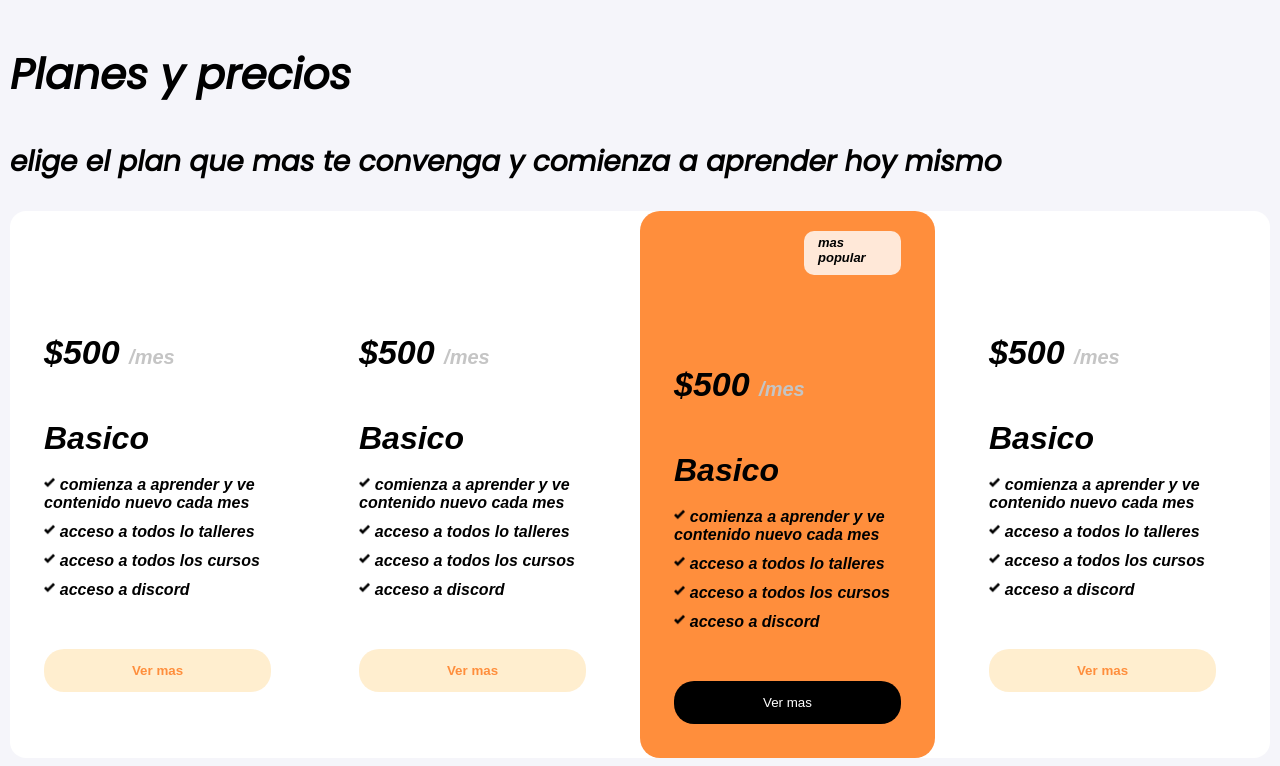
Repository: darkmantiz2/Tarjetas-planes
Page: index.html
The author's editor kept a copy of each file at every save. The page is drawn from the files as they stood at one save, then again after the next save.
The browser window is 1280 px wide. The pictures show the whole page.

Above is the page before, as saved 2022-01-11 11:28:26.

### index.html
<!DOCTYPE html>
<html lang="en">

<head>
  <meta charset="UTF-8">
  <meta http-equiv="X-UA-Compatible" content="IE=edge">
  <meta name="viewport" content="width=device-width, initial-scale=1.0">
  <link rel="preconnect" href="https://fonts.googleapis.com">
  <link rel="preconnect" href="https://fonts.gstatic.com" crossorigin>
  <link href="https://fonts.googleapis.com/css2?family=Poppins:ital,wght@0,600;0,700;1,400&display=swap"
    rel="stylesheet">
  <link rel="stylesheet" href="./css/index.css">
  <title>Cards Precios</title>
</head>

<body>
  <section class="cards">
    <div class="container">
      <h1 class="contaier-title">
        Planes y precios
      </h1>
      <p class="container-text1">
        elige el plan que mas te convenga y comienza a aprender hoy mismo
      </p>
      <section class="container-card">
        <div class="card">

          <p class="card-price"> $500 <span class="card-month"> /mes</span></p>
          <p class="card-plan">Basico</p>
          <p class="card-description"> <img class="card-icon" src="icons/png-transparent-computer-icons-check-mark-checkbox-palomita-angle-logo-check-mark.png" alt=""> comienza a aprender y ve contenido nuevo cada mes</p>
          <p class="card-item1"><img class="card-icon" src="icons/png-transparent-computer-icons-check-mark-checkbox-palomita-angle-logo-check-mark.png" alt="">  acceso a todos lo talleres</p>
          <p class="card-item2"><img class="card-icon" src="icons/png-transparent-computer-icons-check-mark-checkbox-palomita-angle-logo-check-mark.png" alt=""> acceso a todos los cursos</p>
          <p class="card-item3"><img class="card-icon" src="icons/png-transparent-computer-icons-check-mark-checkbox-palomita-angle-logo-check-mark.png" alt=""> acceso a discord</p>

          <button class="card-button"> Ver mas </button>
        </div>
        <div class="card">
          <p class="card-price"> $500 <span class="card-month"> /mes</span></p>
          <p class="card-plan">Basico</p>
          <p class="card-description"> <img class="card-icon" src="icons/png-transparent-computer-icons-check-mark-checkbox-palomita-angle-logo-check-mark.png" alt=""> comienza a aprender y ve contenido nuevo cada mes</p>
          <p class="card-item1"><img class="card-icon" src="icons/png-transparent-computer-icons-check-mark-checkbox-palomita-angle-logo-check-mark.png" alt="">  acceso a todos lo talleres</p>
          <p class="card-item2"><img class="card-icon" src="icons/png-transparent-computer-icons-check-mark-checkbox-palomita-angle-logo-check-mark.png" alt=""> acceso a todos los cursos</p>
          <p class="card-item3"><img class="card-icon" src="icons/png-transparent-computer-icons-check-mark-checkbox-palomita-angle-logo-check-mark.png" alt=""> acceso a discord</p>

          <button class="card-button"> Ver mas </button>
        </div>
        <div class="card card-orange">
          <label class="card-label">mas popular</label>
          <p class="card-price"> $500 <span class="card-month"> /mes</span></p>
          <p class="card-plan">Basico</p>
          <p class="card-description"> <img class="card-icon" src="icons/png-transparent-computer-icons-check-mark-checkbox-palomita-angle-logo-check-mark.png" alt=""> comienza a aprender y ve contenido nuevo cada mes</p>
          <p class="card-item1"><img class="card-icon" src="icons/png-transparent-computer-icons-check-mark-checkbox-palomita-angle-logo-check-mark.png" alt="">  acceso a todos lo talleres</p>
          <p class="card-item2"><img class="card-icon" src="icons/png-transparent-computer-icons-check-mark-checkbox-palomita-angle-logo-check-mark.png" alt=""> acceso a todos los cursos</p>
          <p class="card-item3"><img class="card-icon" src="icons/png-transparent-computer-icons-check-mark-checkbox-palomita-angle-logo-check-mark.png" alt=""> acceso a discord</p>

          <button class="card-button-orange"> Ver mas </button>
        </div>
        <div class="card">

          <p class="card-price"> $500 <span class="card-month"> /mes</span></p>
          <p class="card-plan">Basico</p>
          <p class="card-description"> <img class="card-icon" src="icons/png-transparent-computer-icons-check-mark-checkbox-palomita-angle-logo-check-mark.png" alt=""> comienza a aprender y ve contenido nuevo cada mes</p>
          <p class="card-item1"><img class="card-icon" src="icons/png-transparent-computer-icons-check-mark-checkbox-palomita-angle-logo-check-mark.png" alt="">  acceso a todos lo talleres</p>
          <p class="card-item2"><img class="card-icon" src="icons/png-transparent-computer-icons-check-mark-checkbox-palomita-angle-logo-check-mark.png" alt=""> acceso a todos los cursos</p>
          <p class="card-item3"><img class="card-icon" src="icons/png-transparent-computer-icons-check-mark-checkbox-palomita-angle-logo-check-mark.png" alt=""> acceso a discord</p>


          <button class="card-button"> Ver mas </button>
        </div>
      </section>




    </div>
  </section>
</body>

</html>

### css/index.css
:root {
  --black: #373737;
  --primary: #ff8e3c;
  --white: #ffffff;
  --grey: #848199;
  --red: #fa513a;
  --grey-2: #a3a3a3;
  --bg: #f5f5fa;
  --headline2: 600 1.75rem/normal Poppins;
  --headline3: 600 1.25rem/1.375rem Poppins;
  --button: 400 0.875rem/1rem Poppins;
  --headline1: 600 3.5rem/normal Poppins;
  --body1-regular: 400 1rem/1.5rem Poppins;
  --body1-bold: 700 1rem/1.5rem Poppins;
  --body2-bold: 700 0.875rem/1.5rem Poppins;
  --body2-regular: 400 0.875rem/1.5rem Poppins;
  --caption-regular: 400 0.75rem/1rem Poppins;
  --caption-bold: 600 0.75rem/1rem Poppins;

}

/*BODDY*/

body {
  color: var(--white);
  background-color: var(--primary);
  font: var(--headline2);
  background: var(--bg);
  font-style: italic;
  font-weight: bold;
}

.container {
  color: black;
}



.container-card {
  display: flex;
  justify-content: center;
  align-items: center;
  max-width: 1260px;
  width: 100%;
  background-color: white;
  border-radius: 16px;
  font-family: arial;
  font-weight: bold;
}

.card-month {
  font-size: 20px;
  color: #c5c5c5;
}

.cards {
  display: flex;
  justify-content: center;
  align-items: center;
}

.card-orange {
  background-color: var(--primary);
  font-size: medium;
}


.card {
  align-items: flex-start;
  display: flex;
  justify-content: center;
  flex-direction: column;
  width: 334px;
  padding:0 34px 34px;
  border-radius: 20px;
  margin-right: 20px;
  font-size: medium;
  box-sizing: border-box;
}

.card-price {
  margin: 0;
  padding-bottom: 20px;
  padding-top: 90px;
  font-size: 34px;
}


.card-plan {
  margin: 0;
  padding-bottom: 18px;
  padding-top: 28px;
  font-size: xx-large;
  font-weight: bold;
}

.card-icon{
  width: 5%;
}

.card-description {
  margin: 0;
  padding-bottom: 10px;
}

.card-item1 {
  margin: 0;
  padding-bottom: 10px;
}

.card-item2 {
  margin: 0;
  padding-bottom: 10px;
}

.card-item3 {
  margin: 0;
  padding-bottom: 50px;
}

.card-button {
 width: 100%;
  padding: 14px 37px 14px 37px;
  background-color: #ffa50030;
  border-radius: 20px;
  border: none;
  color: var(--primary);
  font-weight: bolder;

}

.card-button-orange {
  width: 100%;
  padding: 14px 37px 14px 37px;
  background-color: black;
  border-radius: 20px;
  color: var(--white);
  border: none;
}

.card-label{
  background-color: rgba(255, 255, 255, 0.801);
  margin-top: 20px;
  margin-left: 130px;
  padding: 4px 14px 10px;
  border-radius: 10px;
  font-size: small;
}


.container {
  color: black;
}



.container-card {
  display: flex;
  justify-content: center;
  align-items: center;
  max-width: 1260px;
  width: 100%;
}

.card-month {
  font-size: 20px;
  color: #c5c5c5;
}

After the next save:
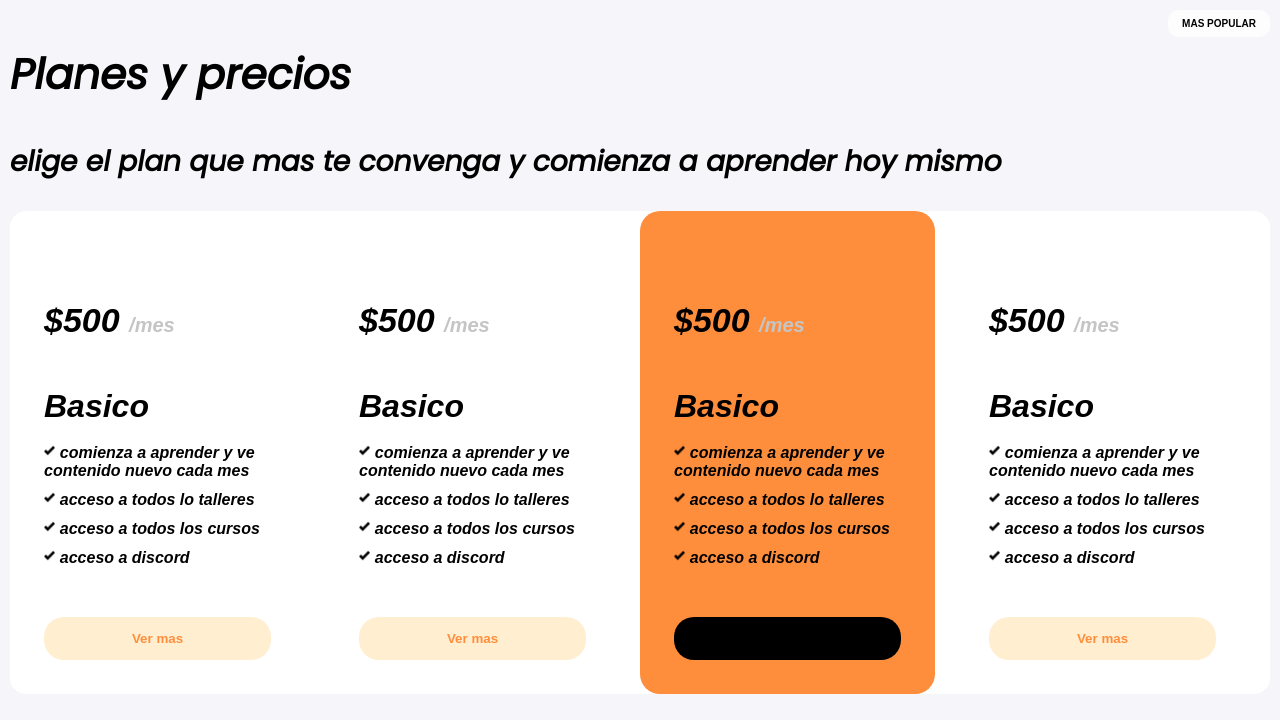
Saved 50 s later.
--- a/css/index.css
+++ b/css/index.css
@@ -134,18 +134,24 @@ body {
   padding: 14px 37px 14px 37px;
   background-color: black;
   border-radius: 20px;
-  color: var(--white);
+  color: var(--white=);
   border: none;
 }
 
 .card-label{
   background-color: rgba(255, 255, 255, 0.801);
-  margin-top: 20px;
-  margin-left: 130px;
-  padding: 4px 14px 10px;
+  padding: 8px 14px;
   border-radius: 10px;
   font-size: small;
+  text-transform: uppercase;
+  font-size: 10px;
+  font-weight: 800;
+  font-style: normal;
+  position: absolute;
+  top: 10px;
+  right: 10px;
 }
+
 
 
 .container {
